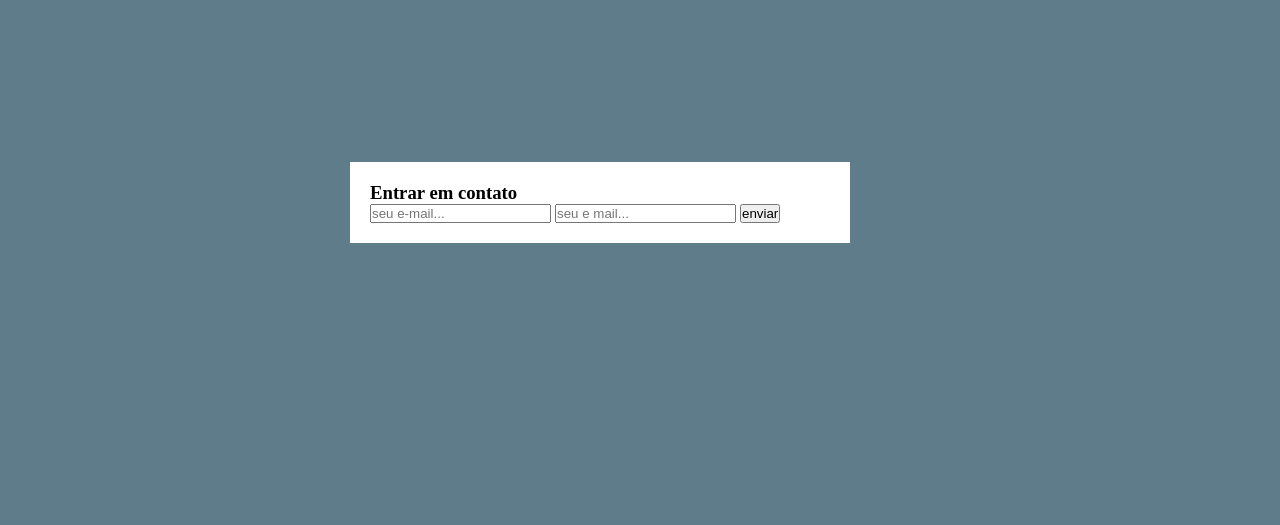
Repository: josceno/Sistema-para-controle-de-experimenta-o-animal
Page: index.html
These files come from the project's save history. The page is drawn as it stood at one moment and after the next save; the edit follows.
The browser window is 1280 px wide. The pictures show the whole page.

Above is the page before, as saved 2021-09-13 15:22:25.

### index.html
<html>
    <head>
        <title>Form Contato</title>

    </head>
    <style>
        *{margin:0; padding:0;box-sizing: border-box;}
        body
        {
            background-color: #5f7C8A;
        }
        form
        {
            background-color: white;
            max-width: 500px;
            width: 70%;
            padding:20px;
            position:absolute;
            left: "50%";
            top: "50%";

            transform: translate(70%,200%);
        }
    </style>

    <body>

        <form>
            <h3>Entrar em contato</h3>
            <input type="text" name ="email" placeholder= "seu e-mail..."/>
            <input type = "text" name = "email" placeholder=  "seu e mail..."/>
            <input type =  "submit"name = "acao" value = "enviar"/>
        </form>
    </body>
</html>

After the next save:
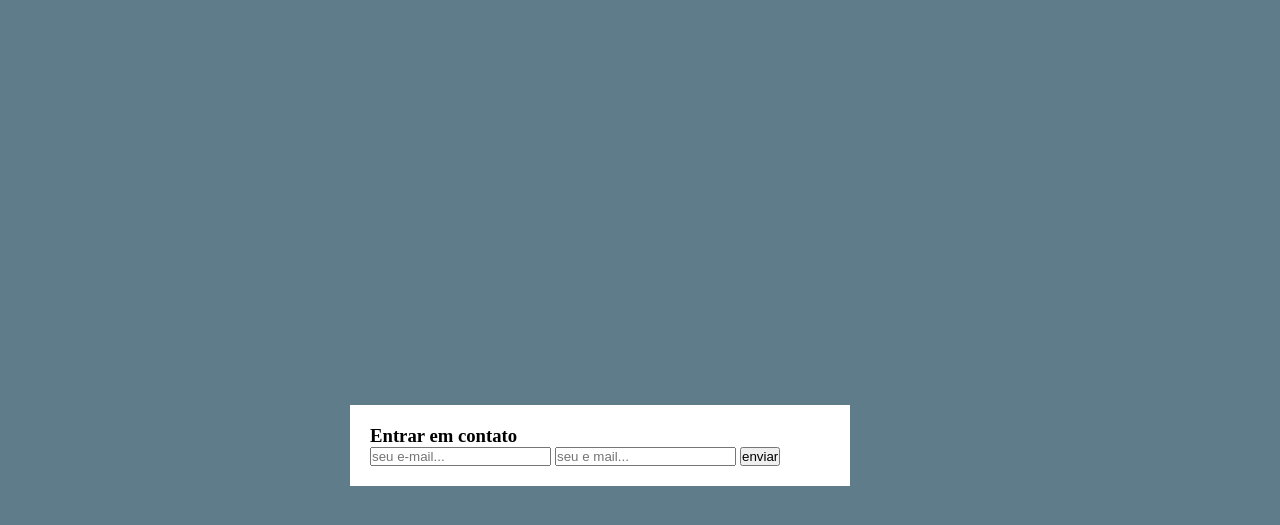
Saved 13 s later.
--- a/index.html
+++ b/index.html
@@ -19,7 +19,7 @@
             left: "50%";
             top: "50%";
 
-            transform: translate(70%,200%);
+            transform: translate(70%,500%);
         }
     </style>
 
